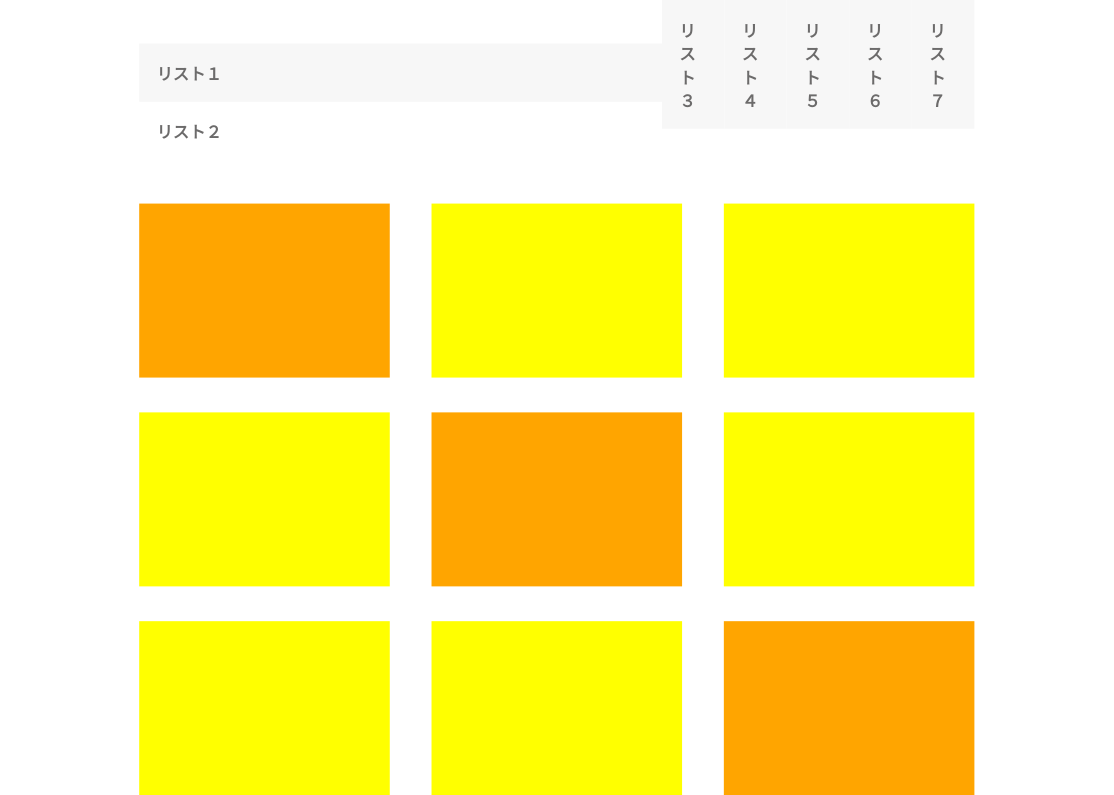
Repository: CarAll02/git-practice
Page: chapter8_exercise/index.html
The author's editor kept a record of every edit. The page is drawn from the files as they stood at one moment, then again after the next edit.
The browser window is 1280 px wide. The pictures show the whole page, at 87% of full size.

Above is the page before.

### chapter8_exercise/index.html
<!DOCTYPE html>
<html lang="ja">
  <head>
    <meta charset="UTF-8"/>
    <link rel="stylesheet" href="style.css">
    <title>chapter8_exercise</title>
  </head>

  <body>
    <main>
      <div class="list">

          <h3 class="list-text">リスト１</h3>


          <h3 class="list-text">リスト２</h3>
        </div>
        <div class="list-box">
          <h3 class="list-text">リスト３</h3>
        </div>
        <div class="list-box">
          <h3 class="list-text">リスト４</h3>
        </div>
        <div class="list-box">
          <h3 class="list-text">リスト５</h3>
        </div>
        <div class="list-box">
          <h3 class="list-text">リスト６</h3>
        </div>
        <div class="list-box">
          <h3 class="list-text">リスト７</h3>
        </div>
      </div>
    </main>

    <div class="panel">
      <div class="panel-item"></div>
      <div class="panel-item"></div>
      <div class="panel-item"></div>
      <div class="panel-item"></div>
      <div class="panel-item"></div>
      <div class="panel-item"></div>
      <div class="panel-item"></div>
      <div class="panel-item"></div>
      <div class="panel-item"></div>
    </div>

  </body>

</html>

### chapter8_exercise/style.css
*{
  margin:0;
  padding: 0;
  box-sizing:border-box;
  color:#6c6b6b;
}

main{
  width:960px;
  display:flex;
  justify-content:center;
  margin:0 auto;
}

.list{
  width: 960px;
  margin: 50px 0 50px 0;
}

.list-text{
  padding:20px;
}

.list-text:nth-child(odd){
  background-color: #f7f7f7;
}

.panel{
  width: 960px;
  height: 680px;
  margin-bottom: 50px;
  margin:0 auto;
  display:flex;
  flex-wrap:wrap;
}

.panel-item{
  width: 30%;
  height:200px;
  background-color: yellow;
  margin-right: 5%;
  margin-bottom: 40px;
}

.panel-item:nth-child(3n){
  margin-right: -5%;
}

.panel-item:nth-child(1){
  background-color: orange;
}

.panel-item:nth-child(5){
  background-color: orange;
}

.panel-item:nth-child(9){
  background-color: orange;
}

After the next edit:
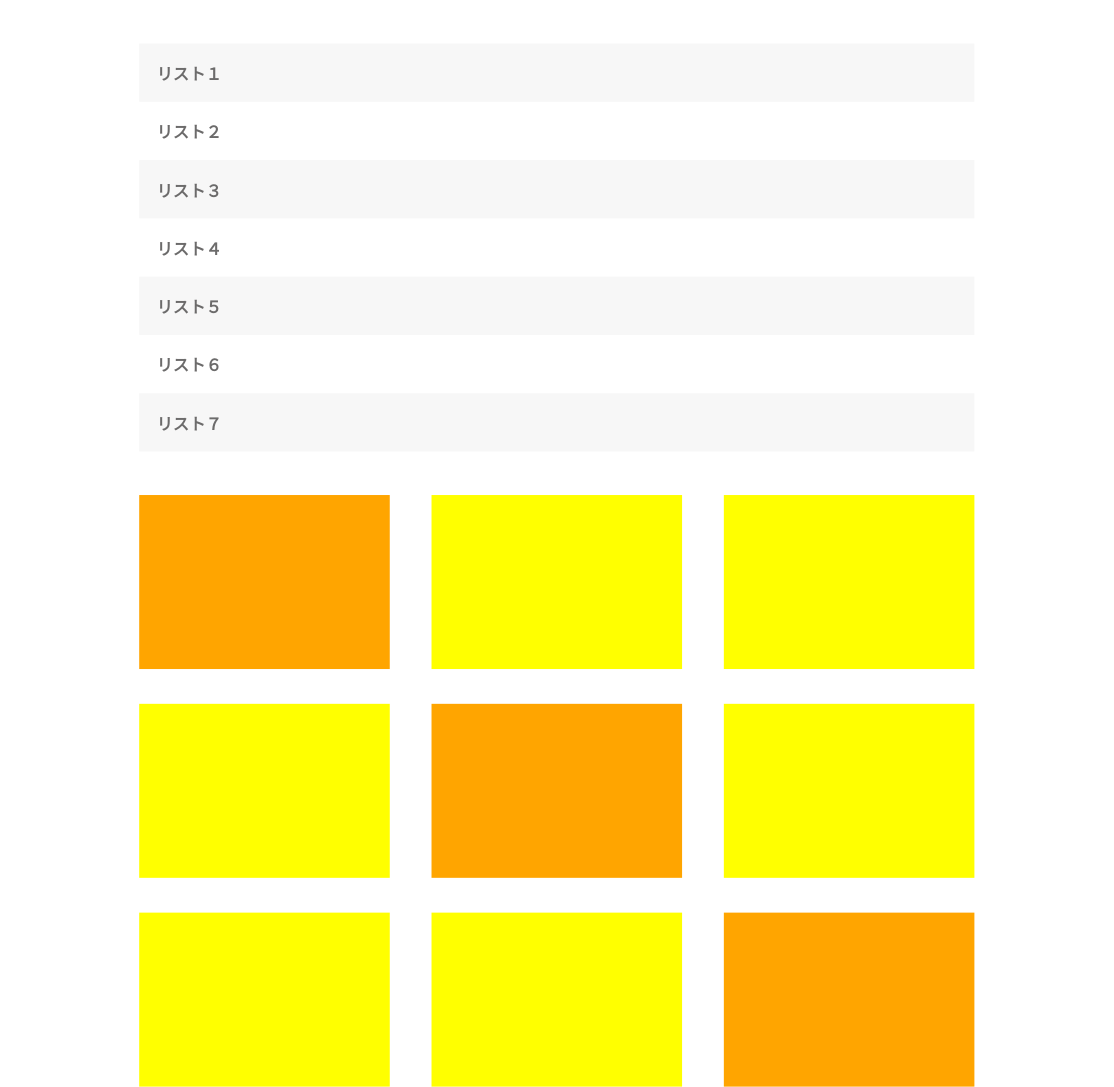
The edit:
--- a/chapter8_exercise/index.html
+++ b/chapter8_exercise/index.html
@@ -14,22 +14,17 @@
 
 
           <h3 class="list-text">リスト２</h3>
-        </div>
-        <div class="list-box">
+
           <h3 class="list-text">リスト３</h3>
-        </div>
-        <div class="list-box">
+
           <h3 class="list-text">リスト４</h3>
-        </div>
-        <div class="list-box">
+
           <h3 class="list-text">リスト５</h3>
-        </div>
-        <div class="list-box">
+
           <h3 class="list-text">リスト６</h3>
-        </div>
-        <div class="list-box">
+
           <h3 class="list-text">リスト７</h3>
-        </div>
+
       </div>
     </main>
 
